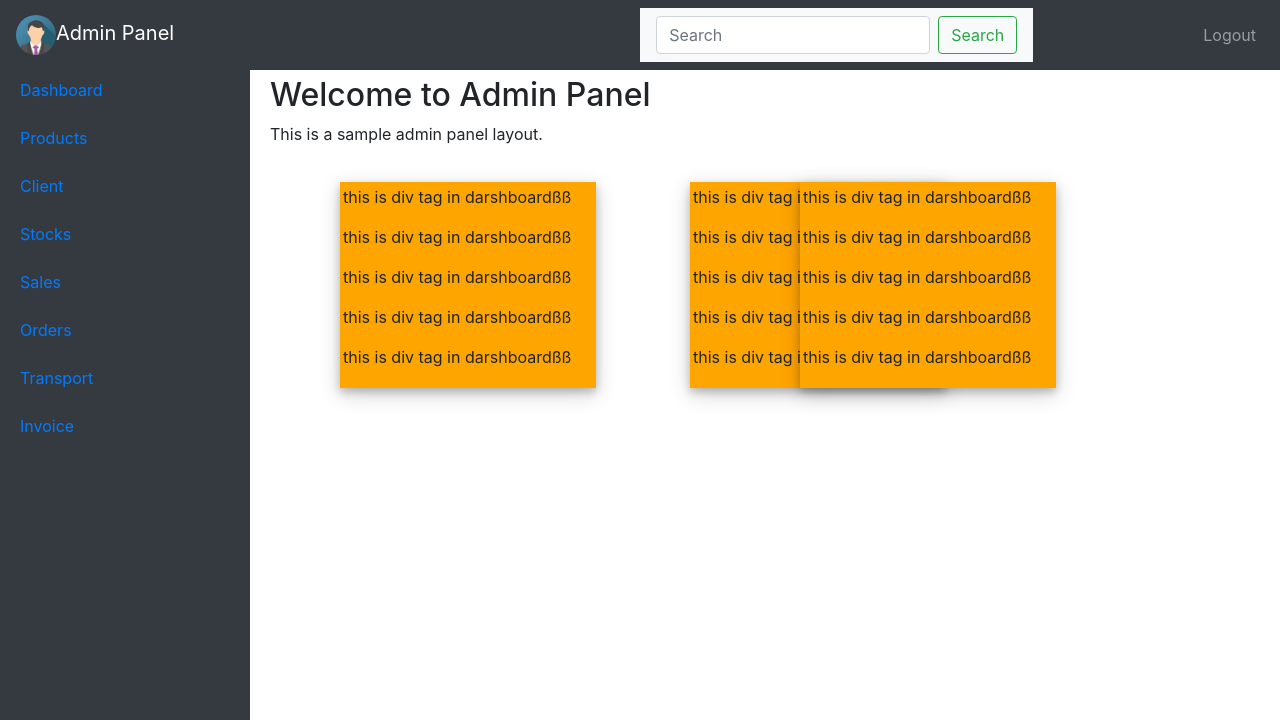
Repository: AmrutaAware/CodingQueens
Page: workspaceBilling/BillingSystem/src/main/webapp/home.html
An editor plug-in stored every save of this project. The page is shown before and after the next save, followed by the edit.
The browser window is 1280 px wide. The pictures show the whole page.
Some web libraries are served in a nearby version.

Above is the page before, as saved 2024-03-14 11:21:05.

After the next save:
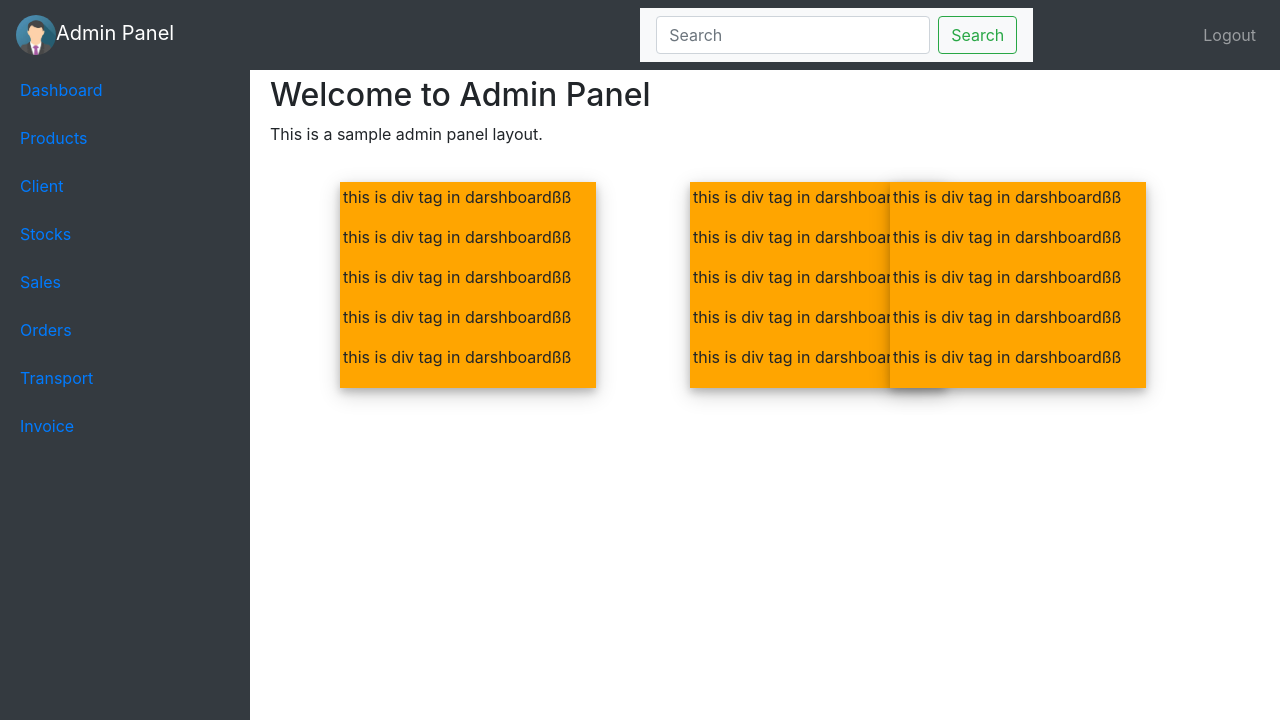
Saved 9 s later.
--- a/workspaceBilling/BillingSystem/src/main/webapp/home.html
+++ b/workspaceBilling/BillingSystem/src/main/webapp/home.html
@@ -65,7 +65,7 @@
     width:20%;
     /* height:30%; */
     position:absolute;
-    left:800px;
+    left:890px;
     background:orange;
     border: 3px solid orange;
   box-shadow: 0 4px 8px 0 rgba(0, 0, 0, 0.2), 0 6px 20px 0 rgba(0, 0, 0, 0.19);
